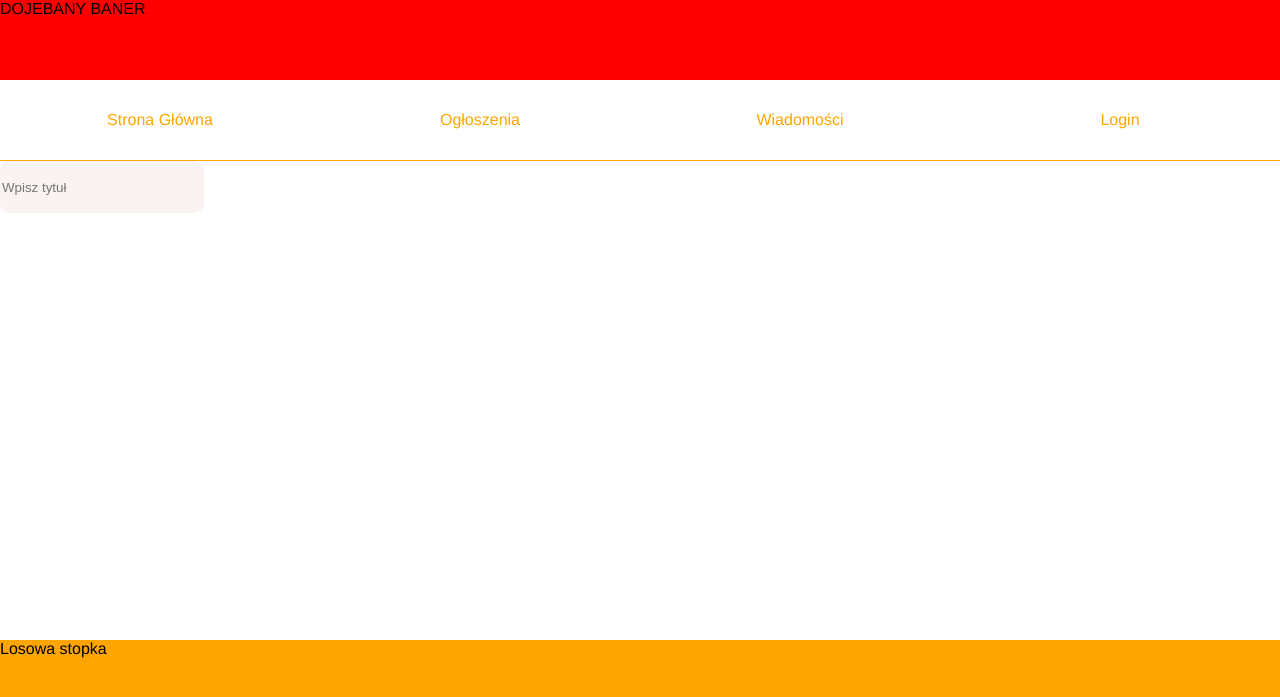
Repository: PatrykStawik/projectppz
Page: /ogloszenia/dodaj-ogloszenie
These files come from the project's save history. The page is drawn as it stood at one moment and after a run of saves; the edit follows.
The browser window is 1280 px wide. The pictures show the whole page.
The project was rebuilt for these pictures with package versions that can differ from the ones it lists, and the page was loaded fresh each time. The framework's server and built-in components were replaced by stand-ins that run in the browser.

Above is the page before, as saved 2021-05-26 11:36:54.

### pages/_app.tsx
import React from 'react';
import type { AppProps } from 'next/app';
import { GlobalStyle } from '../styles/globalStyles';
import { Header } from '../components/Header';
import { Footer } from '../components/Footer'

function MyApp({ Component, pageProps }: AppProps) {
  return (
    <>
      <GlobalStyle />
      <Header/>
        <Component {...pageProps} />
      <Footer/>
    </>
  );
}

// eslint-disable-next-line import/no-default-export
export default MyApp;

### pages/_document.tsx
import React from 'react';
import Document, { DocumentContext, DocumentInitialProps } from 'next/document';
import { ServerStyleSheet } from 'styled-components';

class MyDocument extends Document {
  static async getInitialProps(ctx: DocumentContext): Promise<DocumentInitialProps> {
    const sheet = new ServerStyleSheet();
    const originalRenderPage = ctx.renderPage;

    try {
      ctx.renderPage = () =>
        originalRenderPage({
          enhanceApp: App => props => sheet.collectStyles(<App {...props} />),
        });

      const initialProps = await Document.getInitialProps(ctx);
      return {
        ...initialProps,
        styles: (
          <>
            {initialProps.styles}
            {sheet.getStyleElement()}
          </>
        ),
      };
    } finally {
      sheet.seal();
    }
  }
}

// eslint-disable-next-line import/no-default-export
export default MyDocument;

### pages/ogloszenia/dodaj-ogloszenie/index.tsx
import React from 'react';
import { AddAdvertisementPage } from '../../../components/AddAdvertisementPage';

const AddAdvertisementIndex = () => <AddAdvertisementPage />;

// eslint-disable-next-line import/no-default-export
export default AddAdvertisementIndex;

### styles/globalStyles.ts
import { createGlobalStyle } from 'styled-components';

export const GlobalStyle = createGlobalStyle`
  body {
    margin: 0;
    padding: 0;
    font-family: Open-Sans, Helvetica, Sans-Serif;
  }
`;

### components/AddAdvertisementPage/index.tsx
export { AddAdvertisementPage } from './AddAdvertisementPage';

### components/Header/Header.tsx
import React from 'react';
import styled from 'styled-components';
import { colors } from '../../styles/colors';
import { centerText, setFlex } from '../../styles/functions';
import { NextLink } from '../common/NextLink';

const Wrapper = styled.header`
  .baner {
    height: 80px;
    background-color: ${colors.red};
  }
  .menu {
    ${setFlex('column')}
    height: 80px;
    border-bottom: 1px solid ${colors.orange};
    .menuItem {
      flex: 1;
      height: 100%;
      ${centerText(80)};
      background-color: ${colors.white};
      color: ${colors.orange};
      cursor: pointer;
      transition: .5s all;
      &:hover{
        font-weight: bold;
      }
    }
  }
`;

const data = [
  { title: 'Strona Główna', href: '/' },
  { title: 'Ogłoszenia', href: '/ogloszenia' },
  { title: 'Wiadomości', href: '/wiadomosci' },
  { title: 'Login', href: '/login' },
];

export const Header = () => {
  return (
    <Wrapper>
      <div className="baner">DOJEBANY BANER</div>
      <div className="menu">
        {data.map(({ title, href }) => (
          <NextLink href={href} key={title}>
            <div className="menuItem">{title}</div>
          </NextLink>
        ))}
      </div>
    </Wrapper>
  );
};

### components/Footer/Footer.tsx
import React from 'react';
import styled from 'styled-components';
import { colors } from '../../styles/colors';

const Wrapper = styled.footer`
    height: 80px;
    background-color: ${colors.orange};
    position: fixed;
    width: 100%;
    bottom: 0;
`;

export const Footer = () => {
  return (
    <Wrapper>
      Losowa stopka
    </Wrapper>
  );
};

### components/AddAdvertisementPage/AddAdvertisementPage.tsx
import React from 'react';
import styled from 'styled-components';
import { Input } from '../common/Input';

const Wrapper = styled.div``;

export const AddAdvertisementPage = () => {
  return <Wrapper>
    <Input placeholder="Wpisz tytuł"/>
  </Wrapper>;
};

### styles/colors.ts
export const colors = {
  white: "white",
  black: "black",
  red: "red",
  orange: "orange",
  gray: "#b8b7b7",
  pink: "rgba(166,2,2,.05)"
}

### styles/functions.ts
export const centerText = (height: number) => {
  return `text-align: center;
  line-height: ${height}px`
}

export const setFlex = (type: "row" | "column" = "row") => {
  return `display: flex; flex-direction: ${type}`
}

### components/common/NextLink/index.tsx
export { NextLink } from './NextLink';

### components/common/NextLink/NextLink.tsx
import React from 'react';
import Link from 'next/link';
import styled from 'styled-components';
import { colors } from '../../../styles/colors';

const StyledLink = styled.a`
  color: ${colors.black};
  text-decoration: none;
  width: 100%;
`;

interface Props {
  href: string;
}

export const NextLink: React.FC<Props> = ({ children, href }) => {
  return (
    <Link href={href}>
      <StyledLink>{children}</StyledLink>
    </Link>
  );
};

### components/common/Input/Input.tsx
import React from 'react';
import styled from 'styled-components';
import { colors } from '../../../styles/colors';

interface Props {
  variant?: 'big' | 'small';
  lenght?: 'short' | 'long';
}


const StyledInput = styled.input<Props>`
  width: ${({lenght}) => lenght === 'short' ? '400px' : '200px'};
  height: 50px;
  border-radius: 10px;
  outline: none;
  border: none;
  background-color: ${colors.pink};
`;

export const Input = React.forwardRef<HTMLInputElement, Props & JSX.IntrinsicElements['input']>(
  (
    { children, variant="big", lenght="short", className, defaultValue, disabled, name, onChange, placeholder, required = false, value, ...rest },
    forwardRef,
  ) => (
    <StyledInput
      aria-label={name}
      aria-required={required}
      disabled={disabled}
      placeholder={placeholder}
      ref={forwardRef}
      value={value || defaultValue}
      name={name}
      onChange={onChange}
      {...rest}
    />
  ),
);

Loaded but not shown: components/Header/index.tsx (common file); components/Footer/index.tsx (common file); components/common/Input/index.tsx (common file)

After the next 9 saves:
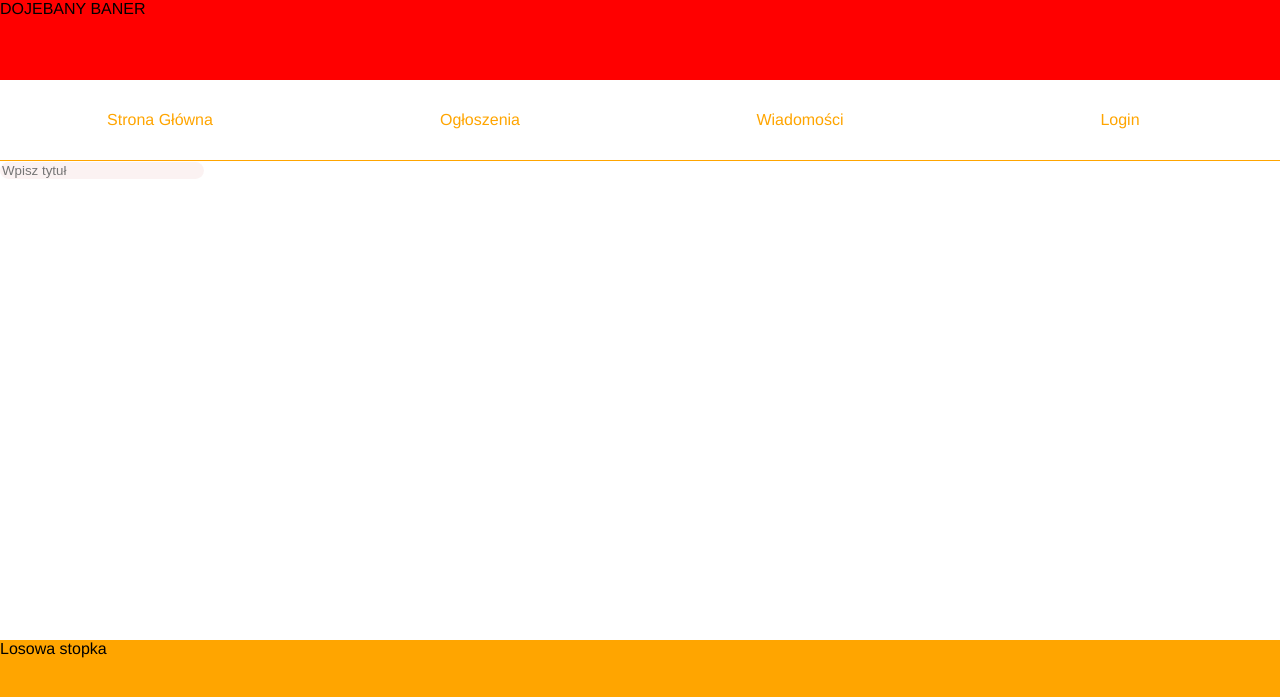
The 9 saves are shown as one change because they came seconds apart.
The last was saved 34 s later.
--- a/components/common/Input/Input.tsx
+++ b/components/common/Input/Input.tsx
@@ -10,7 +10,7 @@
 
 const StyledInput = styled.input<Props>`
   width: ${({lenght}) => lenght === 'short' ? '400px' : '200px'};
-  height: 50px;
+  height: ${({variant})=>variant === ''};
   border-radius: 10px;
   outline: none;
   border: none;

After the 5 saves that followed:
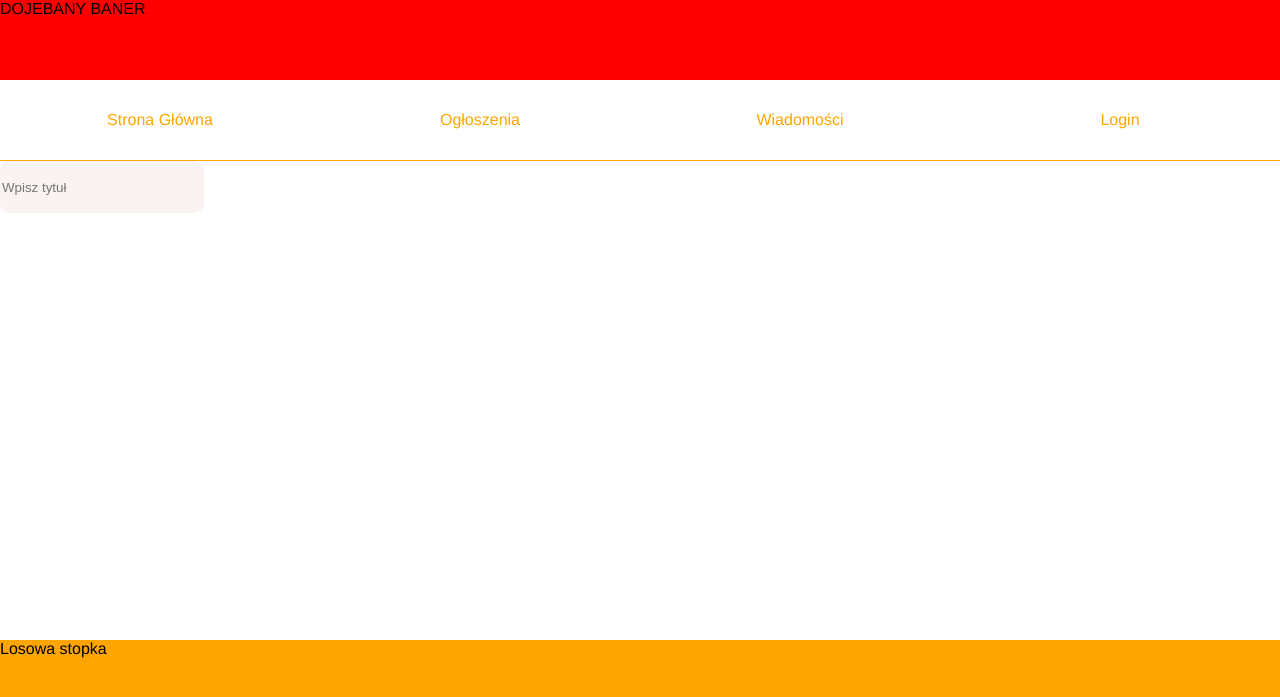
The 5 saves are shown as one change because they came seconds apart.
The last was saved 15 s later.
--- a/components/common/Input/Input.tsx
+++ b/components/common/Input/Input.tsx
@@ -10,7 +10,7 @@
 
 const StyledInput = styled.input<Props>`
   width: ${({lenght}) => lenght === 'short' ? '400px' : '200px'};
-  height: ${({variant})=>variant === ''};
+  height: ${({variant})=>variant === 'big' ? '' : '50px'};
   border-radius: 10px;
   outline: none;
   border: none;
